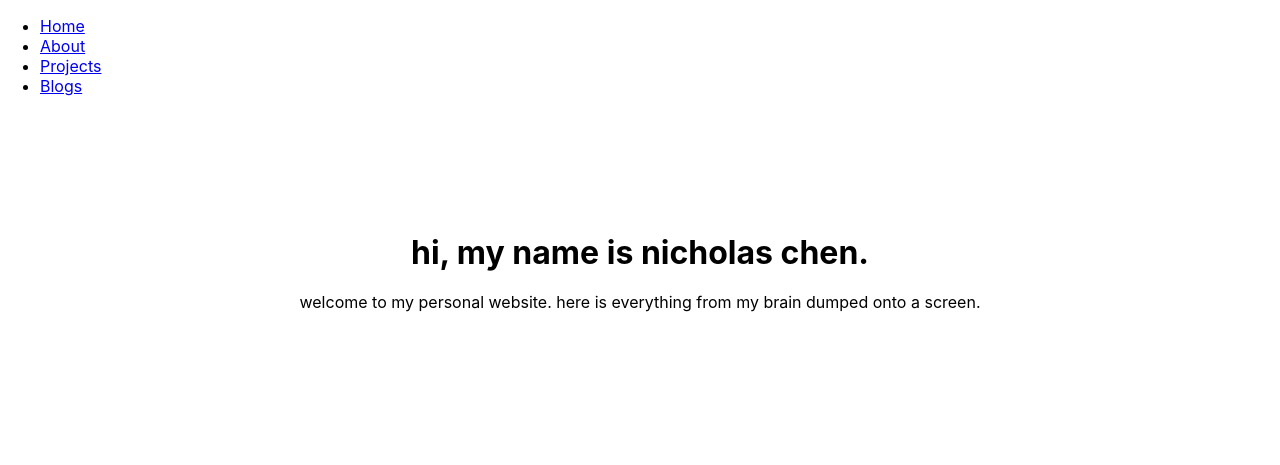
Repository: nicholaschen09/personalWebsite
Page: /
The author's editor kept a copy of each file at every save. The page is drawn from the files as they stood at one save, then again after the next save.
The browser window is 1280 px wide. The pictures show the whole page.
The project was rebuilt for these pictures with package versions that can differ from the ones it lists, and the page was loaded fresh each time. Also part of the build but not shown: src/components/About.css, src/components/About.js, src/components/Projects.css, src/components/Projects.js, src/components/Blog.css, src/components/Blog.js, src/components/Miscellaneous.css, src/components/Miscellaneous.js and 4 more.

Above is the page before, as saved 2024-07-18 08:47:12.

After the next save:
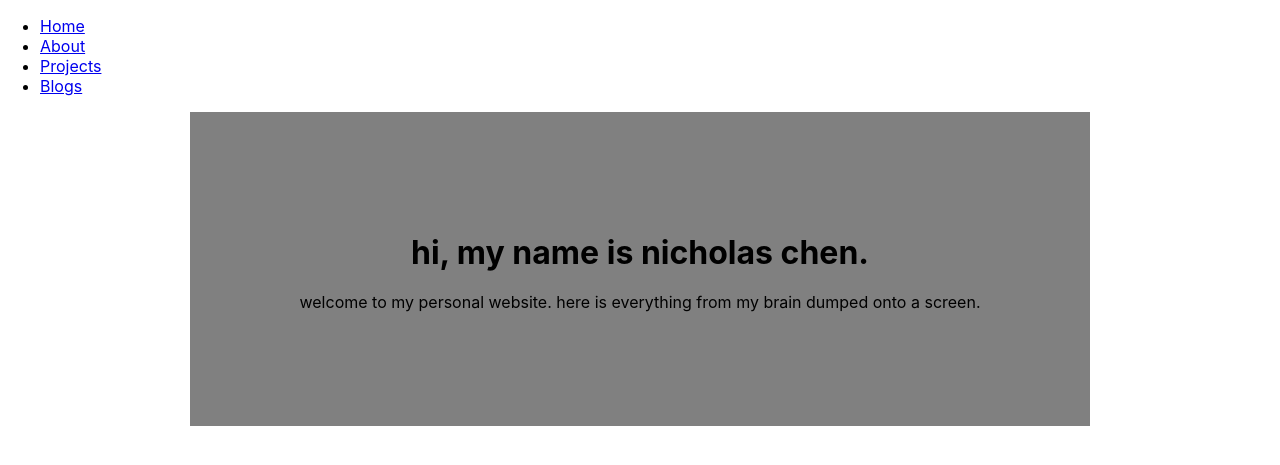
Saved 22 days later.
--- a/src/components/Home.css
+++ b/src/components/Home.css
@@ -5,6 +5,7 @@
     width: 700px;
     margin-left: auto;
     margin-right: auto;
+    background-color: grey;
 }
 .DinnerImage {
     width: 70%;

After the save that followed:
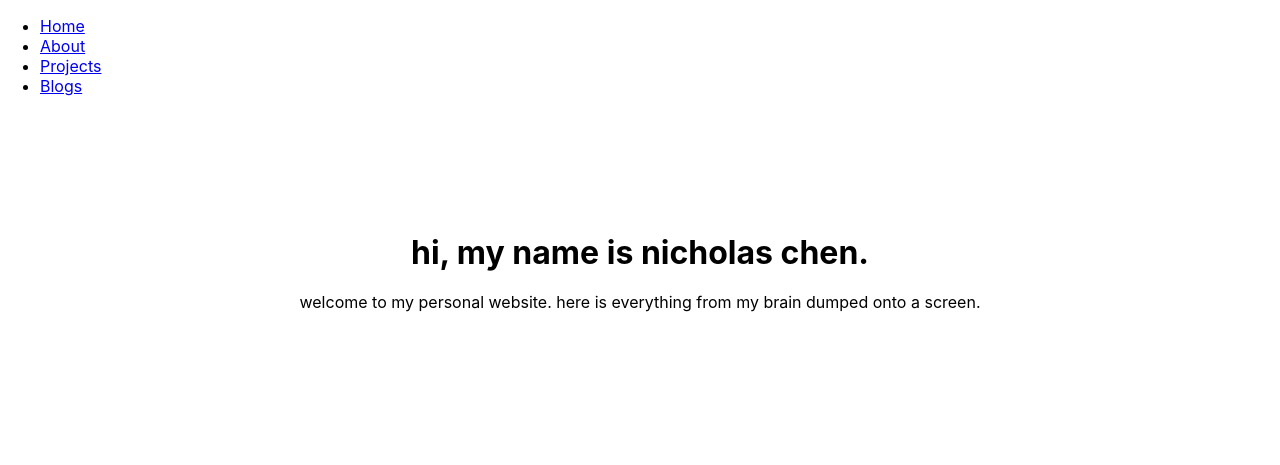
Saved 30 s later.
--- a/src/components/Home.css
+++ b/src/components/Home.css
@@ -5,7 +5,7 @@
     width: 700px;
     margin-left: auto;
     margin-right: auto;
-    background-color: grey;
+    background-color: light grey;
 }
 .DinnerImage {
     width: 70%;
